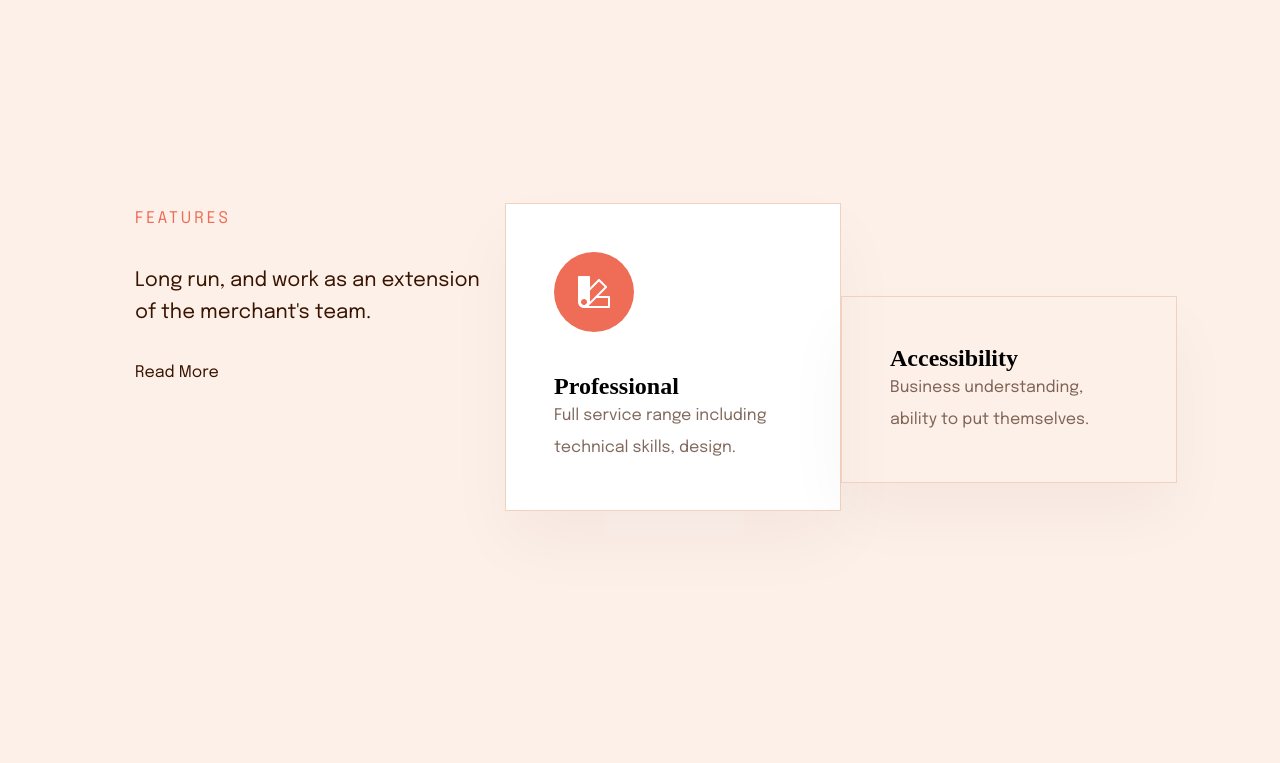
Repository: kubrazamanova/Project-7
Page: index.html
These files come from the project's save history. The page is drawn as it stood at one moment and after the next save; the edit follows.
The browser window is 1280 px wide. The pictures show the whole page.

Above is the page before, as saved 2023-09-23 10:47:08.

After the next save:
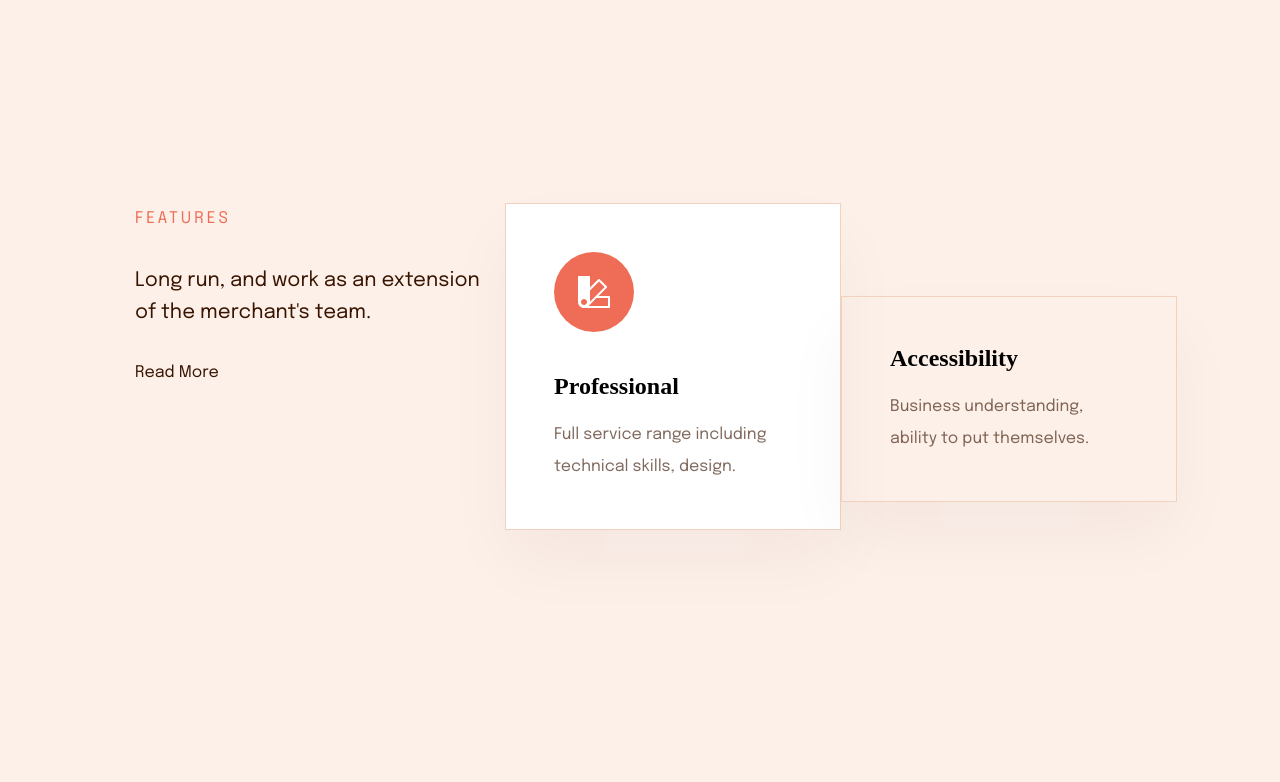
Saved 5 s later.
--- a/index.css
+++ b/index.css
@@ -95,7 +95,7 @@ ul li .container li h2 {
 
 .container li span {
   width: 240px;
-  dis
+  display: block;
   margin-top: 19px;
   color: var(--Text_Dark_Gray, rgba(57, 20, 0, 0.64));
   font-feature-settings: "clig" off, "liga" off;
